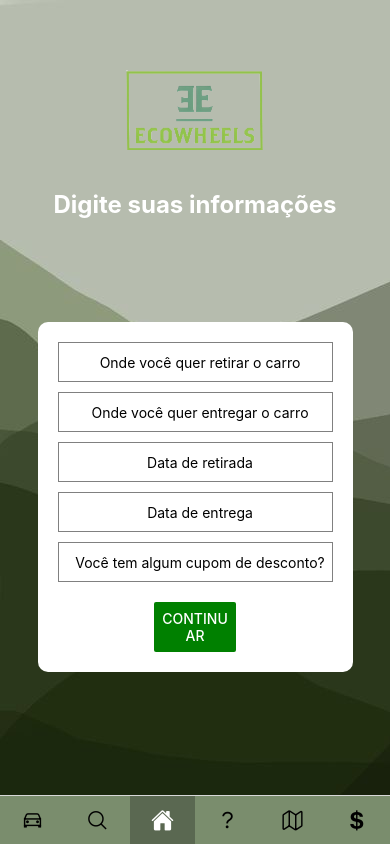
Repository: GabrielAron/EcoWheels
Page: /Home
The author's editor kept a copy of each file at every save. The page is drawn from the files as they stood at one save, then again after the next save.
The browser window is 390 px wide. The pictures show the whole page.
The app was drawn by React Native's web renderer in a window 390 px wide. The project was rebuilt for these pictures with package versions that can differ from the ones it lists, and the page was loaded fresh each time. Also part of the build but not shown: src/Paginas/Carros/index.js, src/Paginas/Ajuda/index.js, src/Paginas/Mapa/index.js, src/Paginas/Pagamento/pagamento.js.

Above is the page before, as saved 2023-11-25 12:34:07.

After the next save:
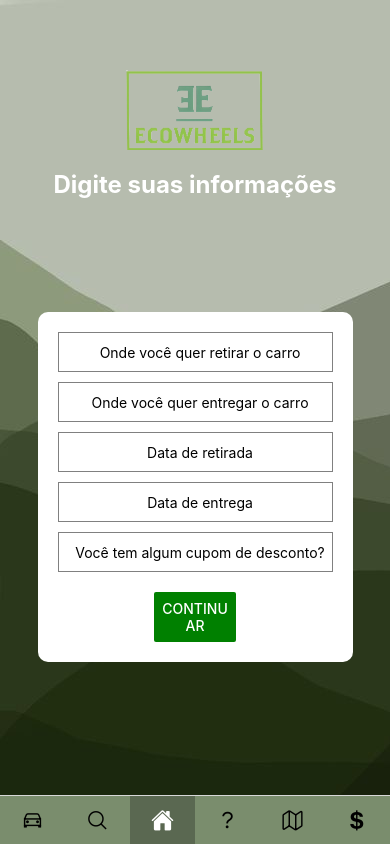
Saved 9 min 8 s later.
--- a/src/Paginas/Home/index.js
+++ b/src/Paginas/Home/index.js
@@ -125,7 +125,7 @@ const styles = StyleSheet.create({
     fontSize: 18,
     marginBottom: 1,
   },
- modalButton: {
+  modalButton: {
     backgroundColor: 'green',
     borderRadius: 5,
     paddingVertical: 10,
@@ -138,7 +138,6 @@ const styles = StyleSheet.create({
   },
   logoContainer: {
     alignItems: 'center',
-    marginBottom: 20,
   },
   logo: {
     width: 150,
